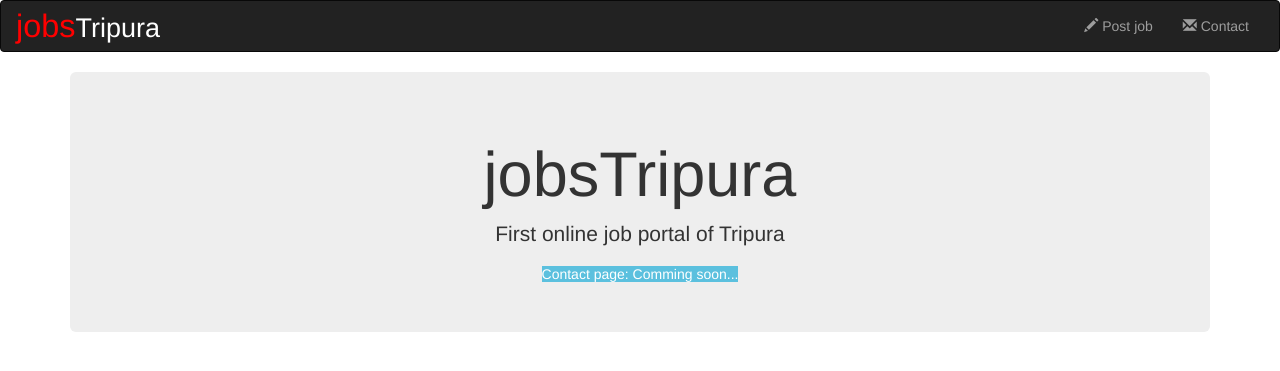
Repository: jobstripura/jobstripura.github.io
Page: contact.html
The author's editor kept a record of every edit. The page is drawn from the files as they stood at one moment, then again after the next edit.
The browser window is 1280 px wide. The pictures show the whole page.
Some web libraries are served in a nearby version.

Above is the page before.

After the next edit:
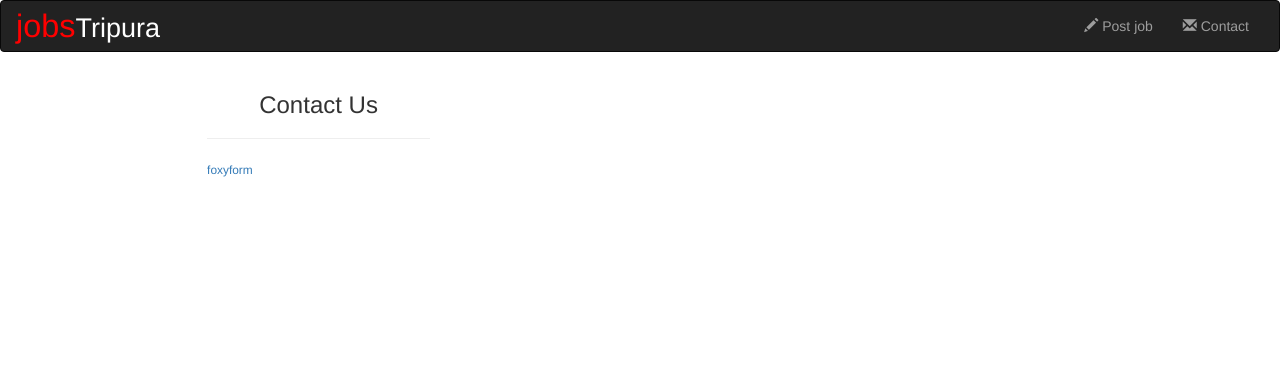
The edit:
--- a/contact.html
+++ b/contact.html
@@ -31,14 +31,27 @@
 </nav>
 
 <div class="container">
-  <div class="jumbotron" style="text-align:center">
-    <h1>jobsTripura</h1>
-    <p>First online job portal of Tripura</p>
-       <span class="btn-info">Contact page: Comming soon...</span>
-  </div>
+     <div class="row">
+      <div class="col-xs-10 col-md-4" style="padding-left:13%">
+        <h3><center>Contact Us</center></h3><hr>
+    <!-- Do not change the code! -->
+<!-- Do not change the code! -->
 
+<a id="foxyform_embed_link_625535" href="http://www.foxyform.com/"><small>foxyform</small></a>
+<script type="text/javascript">
+(function(d, t){
+   var g = d.createElement(t),
+       s = d.getElementsByTagName(t)[0];
+   g.src = "http://www.foxyform.com/js.php?id=625535&sec_hash=622e1f94170&width=350px";
+   s.parentNode.insertBefore(g, s);
+}(document, "script"));
+</script>
 
+<!-- Do not change the code! -->
+    </div>
+      </div>
 </div>
+
 
 </body>
 </html>
